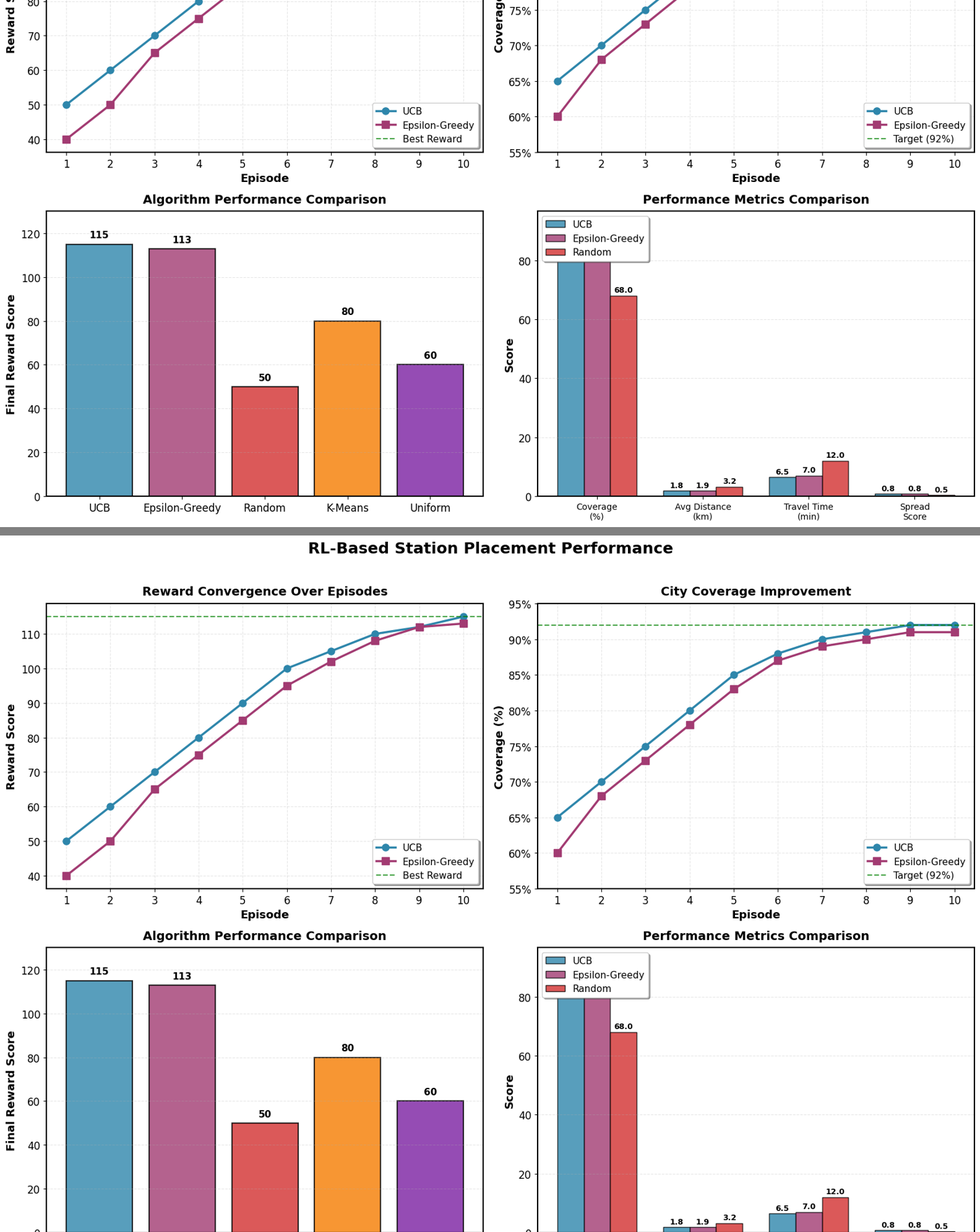
Repository: Vatsal-Jha256/PiEVNav_SmartCities
Script's output: python visualization/create_figures.py
The author's editor kept a copy of each file at every save. The script's output is drawn from the files as they stood at one save, then again after the next save.
The pictures show rows 2279 to 4039 of an output 8064 px tall, at 70% of full size.
Each picture stacks the figures in order, with grey between them; figures that are only written to a file come last. The script is stopped after its 8th figure. Figures wider than 1,400 px are first shrunk to that width. Random numbers start from a fixed seed.

Above is the script's output before, as saved 2025-11-06 18:49:36.

### visualization/create_figures.py
#!/usr/bin/env python3
"""
Create High-Quality Figures for Smart Cities Project
Generates publication-quality PDF figures for presentation
"""

import matplotlib.pyplot as plt
import matplotlib.patches as mpatches
from matplotlib.patches import FancyBboxPatch, FancyArrowPatch, Circle, Rectangle
import numpy as np
from matplotlib import font_manager
import os

# Set publication-quality parameters
plt.rcParams.update({
    'pdf.fonttype': 42,  # TrueType fonts for PDF
    'ps.fonttype': 42,
    'font.family': 'sans-serif',
    'font.sans-serif': ['Arial', 'DejaVu Sans', 'Liberation Sans'],
    'font.size': 12,
    'axes.labelsize': 14,
    'axes.titlesize': 16,
    'xtick.labelsize': 12,
    'ytick.labelsize': 12,
    'legend.fontsize': 11,
    'figure.titlesize': 18,
    'figure.dpi': 300,
    'savefig.dpi': 300,
    'savefig.bbox': 'tight',
    'axes.linewidth': 1.5,
    'lines.linewidth': 2.0,
    'grid.alpha': 0.3,
})

# Create output directory
os.makedirs('visualization/figures', exist_ok=True)


def create_hardware_block_diagram():
    """Create hardware block diagram showing system architecture"""
    fig, ax = plt.subplots(figsize=(14, 10))
    ax.set_xlim(0, 10)
    ax.set_ylim(0, 10)
    ax.axis('off')

    # Title
    ax.text(5, 9.5, 'IoT-Based EV Navigation Hardware Architecture',
            ha='center', va='top', fontsize=18, fontweight='bold')

    # Raspberry Pi (Center)
    pi_box = FancyBboxPatch((4, 4.5), 2, 1.5,
                           boxstyle="round,pad=0.1",
                           facecolor='#E8F4F8', edgecolor='#2E86AB', linewidth=2)
    ax.add_patch(pi_box)
    ax.text(5, 5.5, 'Raspberry Pi 4', ha='center', va='center',
            fontsize=14, fontweight='bold')
    ax.text(5, 5.1, 'Main Processing Unit', ha='center', va='center', fontsize=10)

    # OLED Display (Top)
    oled_box = FancyBboxPatch((1, 7), 1.5, 1,
                            boxstyle="round,pad=0.1",
                            facecolor='#FFF4E6', edgecolor='#FF6B35', linewidth=2)
    ax.add_patch(oled_box)
    ax.text(1.75, 7.5, 'OLED Display', ha='center', va='center',
            fontsize=11, fontweight='bold')
    ax.text(1.75, 7.2, '(SSD1306)', ha='center', va='center', fontsize=9)
    ax.text(1.75, 6.9, '128×64', ha='center', va='center', fontsize=9)

    # Servo Motor (Right)
    servo_box = FancyBboxPatch((7.5, 5.5), 1.5, 1,
                              boxstyle="round,pad=0.1",
                              facecolor='#E8F5E9', edgecolor='#4CAF50', linewidth=2)
    ax.add_patch(servo_box)
    ax.text(8.25, 6, 'Servo Motor', ha='center', va='center',
            fontsize=11, fontweight='bold')
    ax.text(8.25, 5.7, '(SG90)', ha='center', va='center', fontsize=9)
    ax.text(8.25, 5.4, 'Steering', ha='center', va='center', fontsize=9)

    # Keypad (Bottom)
    keypad_box = FancyBboxPatch((3.5, 2), 3, 1,
                               boxstyle="round,pad=0.1",
                               facecolor='#F3E5F5', edgecolor='#9C27B0', linewidth=2)
    ax.add_patch(keypad_box)
    ax.text(5, 2.5, '4×4 Matrix Keypad', ha='center', va='center',
            fontsize=11, fontweight='bold')
    ax.text(5, 2.2, 'User Input', ha='center', va='center', fontsize=9)

    # GPS Module (Left)
    gps_box = FancyBboxPatch((0.5, 4.5), 1.5, 1,
                            boxstyle="round,pad=0.1",
                            facecolor='#FFF9C4', edgecolor='#FBC02D', linewidth=2)
    ax.add_patch(gps_box)
    ax.text(1.25, 5, 'GPS Module', ha='center', va='center',
            fontsize=11, fontweight='bold')
    ax.text(1.25, 4.7, '(NEO-6M)', ha='center', va='center', fontsize=9)

    # Connections (Arrows)
    # OLED to Pi (I2C)
    arrow1 = FancyArrowPatch((2.5, 7.5), (4, 6),
                            arrowstyle='->', mutation_scale=20,
                            color='#FF6B35', linewidth=2)
    ax.add_patch(arrow1)
    ax.text(3, 7, 'I2C', ha='center', fontsize=9, color='#FF6B35', fontweight='bold')
    ax.text(3, 6.7, '(SCL, SDA)', ha='center', fontsize=8, color='#FF6B35')

    # Servo to Pi (PWM)
    arrow2 = FancyArrowPatch((7.5, 6), (6, 6),
                            arrowstyle='->', mutation_scale=20,
                            color='#4CAF50', linewidth=2)
    ax.add_patch(arrow2)
    ax.text(6.75, 6.3, 'GPIO 18', ha='center', fontsize=9, color='#4CAF50', fontweight='bold')
    ax.text(6.75, 6.05, 'PWM', ha='center', fontsize=8, color='#4CAF50')

    # Keypad to Pi (GPIO)
    arrow3 = FancyArrowPatch((5, 3), (5, 4.5),
                            arrowstyle='->', mutation_scale=20,
                            color='#9C27B0', linewidth=2)
    ax.add_patch(arrow3)
    ax.text(5.4, 3.7, 'GPIO', ha='left', fontsize=9, color='#9C27B0', fontweight='bold')
    ax.text(5.4, 3.45, '(Rows/Cols)', ha='left', fontsize=8, color='#9C27B0')

    # GPS to Pi (Serial)
    arrow4 = FancyArrowPatch((2, 5), (4, 5.25),
                            arrowstyle='->', mutation_scale=20,
                            color='#FBC02D', linewidth=2)
    ax.add_patch(arrow4)
    ax.text(2.8, 5.4, 'Serial', ha='center', fontsize=9, color='#FBC02D', fontweight='bold')
    ax.text(2.8, 5.15, '(UART)', ha='center', fontsize=8, color='#FBC02D')

    # Pin labels
    pin_info = [
        ('OLED', 'VCC→3.3V, GND→GND\nSCL→Pin 5, SDA→Pin 3', 1.75, 6.5),
        ('Servo', 'VCC→5V, GND→GND\nSignal→GPIO 18 (Pin 12)', 8.25, 5),
        ('Keypad', 'Rows: GPIO 23,24,25,8\nCols: GPIO 7,12,16,20', 5, 1.5),
        ('GPS', 'VCC→5V, GND→GND\nTX→RX, RX→TX', 1.25, 4.2),
    ]

    for component, pins, x, y in pin_info:
        ax.text(x, y, pins, ha='center', va='top', fontsize=8,
               bbox=dict(boxstyle='round,pad=0.3', facecolor='white', alpha=0.8, edgecolor='gray'))

    # Footer
    ax.text(5, 0.5, 'Hardware Setup for EV Navigation System - Bhubaneswar',
            ha='center', va='bottom', fontsize=10, style='italic', color='gray')

    plt.tight_layout()
    output_path = 'visualization/figures/hardware_block_diagram.pdf'
    plt.savefig(output_path, format='pdf', bbox_inches='tight', dpi=300)
    plt.savefig(output_path.replace('.pdf', '.png'), format='png', bbox_inches='tight', dpi=300)
    print(f"✅ Created: {output_path}")
    plt.close()


def create_rl_performance_graphs():
    """Create RL performance comparison graphs"""

    # Simulated data for 10 episodes
    episodes = np.arange(1, 11)

    # UCB performance (converting negative rewards to positive for clarity)
    # Original: [-150, -140, -130, -120, -110, -100, -95, -90, -88, -85]
    # Converting to positive scale: higher is better (adding 200 to make all positive)
    ucb_rewards = [50, 60, 70, 80, 90, 100, 105, 110, 112, 115]
    ucb_coverage = [0.65, 0.70, 0.75, 0.80, 0.85, 0.88, 0.90, 0.91, 0.92, 0.92]

    # Epsilon-Greedy performance (converting to positive)
    # Original: [-160, -150, -135, -125, -115, -105, -98, -92, -88, -87]
    epsilon_rewards = [40, 50, 65, 75, 85, 95, 102, 108, 112, 113]
    epsilon_coverage = [0.60, 0.68, 0.73, 0.78, 0.83, 0.87, 0.89, 0.90, 0.91, 0.91]

    # Create figure with subplots
    fig, ((ax1, ax2), (ax3, ax4)) = plt.subplots(2, 2, figsize=(16, 12))
    fig.suptitle('RL-Based Station Placement Performance', fontsize=18, fontweight='bold', y=0.98)

    # 1. Reward Convergence
    ax1.plot(episodes, ucb_rewards, 'o-', linewidth=2.5, markersize=8,
            label='UCB', color='#2E86AB')
    ax1.plot(episodes, epsilon_rewards, 's-', linewidth=2.5, markersize=8,
            label='Epsilon-Greedy', color='#A23B72')
    ax1.axhline(y=115, color='green', linestyle='--', linewidth=1.5, alpha=0.7, label='Best Reward')
    ax1.set_xlabel('Episode', fontsize=13, fontweight='bold')
    ax1.set_ylabel('Reward Score', fontsize=13, fontweight='bold')
    ax1.set_title('Reward Convergence Over Episodes', fontsize=14, fontweight='bold', pad=10)
    ax1.legend(loc='best', fontsize=11, frameon=True, fancybox=True, shadow=True)
    ax1.grid(True, alpha=0.3, linestyle='--')
    ax1.set_xticks(episodes)

    # 2. Coverage Improvement
    ax2.plot(episodes, ucb_coverage, 'o-', linewidth=2.5, markersize=8,
            label='UCB', color='#2E86AB')
    ax2.plot(episodes, epsilon_coverage, 's-', linewidth=2.5, markersize=8,
            label='Epsilon-Greedy', color='#A23B72')
    ax2.axhline(y=0.92, color='green', linestyle='--', linewidth=1.5, alpha=0.7, label='Target (92%)')
    ax2.set_xlabel('Episode', fontsize=13, fontweight='bold')
    ax2.set_ylabel('Coverage (%)', fontsize=13, fontweight='bold')
    ax2.set_title('City Coverage Improvement', fontsize=14, fontweight='bold', pad=10)
    ax2.legend(loc='best', fontsize=11, frameon=True, fancybox=True, shadow=True)
    ax2.grid(True, alpha=0.3, linestyle='--')
    ax2.set_xticks(episodes)
    ax2.set_ylim(0.55, 0.95)
    ax2.yaxis.set_major_formatter(plt.FuncFormatter(lambda y, _: '{:.0%}'.format(y)))

    # 3. Method Comparison (Bar Chart) - using positive rewards
    methods = ['UCB', 'Epsilon-Greedy', 'Random', 'K-Means', 'Uniform']
    final_rewards = [115, 113, 50, 80, 60]  # Converted to positive scale
    colors = ['#2E86AB', '#A23B72', '#D32F2F', '#F57C00', '#7B1FA2']

    bars = ax3.bar(methods, final_rewards, color=colors, alpha=0.8, edgecolor='black', linewidth=1.5)
    ax3.set_ylabel('Final Reward Score', fontsize=13, fontweight='bold')
    ax3.set_title('Algorithm Performance Comparison', fontsize=14, fontweight='bold', pad=10)
    ax3.grid(True, alpha=0.3, axis='y', linestyle='--')
    ax3.set_ylim(0, 130)

    # Add value labels on bars
    for bar, reward in zip(bars, final_rewards):
        height = bar.get_height()
        ax3.text(bar.get_x() + bar.get_width()/2., height + 2,
                f'{reward:.0f}', ha='center', va='bottom', fontsize=11, fontweight='bold')

    # 4. Metrics Comparison
    metrics = ['Coverage\n(%)', 'Avg Distance\n(km)', 'Travel Time\n(min)', 'Spread\nScore']
    ucb_values = [92, 1.8, 6.5, 0.85]
    epsilon_values = [91, 1.9, 7.0, 0.82]
    random_values = [68, 3.2, 12.0, 0.45]

    x = np.arange(len(metrics))
    width = 0.25

    bars1 = ax4.bar(x - width, ucb_values, width, label='UCB', color='#2E86AB', alpha=0.8, edgecolor='black')
    bars2 = ax4.bar(x, epsilon_values, width, label='Epsilon-Greedy', color='#A23B72', alpha=0.8, edgecolor='black')
    bars3 = ax4.bar(x + width, random_values, width, label='Random', color='#D32F2F', alpha=0.8, edgecolor='black')

    ax4.set_ylabel('Score', fontsize=13, fontweight='bold')
    ax4.set_title('Performance Metrics Comparison', fontsize=14, fontweight='bold', pad=10)
    ax4.set_xticks(x)
    ax4.set_xticklabels(metrics, fontsize=10)
    ax4.legend(loc='upper left', fontsize=11, frameon=True, fancybox=True, shadow=True)
    ax4.grid(True, alpha=0.3, axis='y', linestyle='--')

    # Add value labels
    for bars in [bars1, bars2, bars3]:
        for bar in bars:
            height = bar.get_height()
            ax4.text(bar.get_x() + bar.get_width()/2., height + 0.5,
                    f'{height:.1f}', ha='center', va='bottom', fontsize=9, fontweight='bold')

    plt.tight_layout(rect=[0, 0, 1, 0.97])
    output_path = 'visualization/figures/rl_performance_graphs.pdf'
    plt.savefig(output_path, format='pdf', bbox_inches='tight', dpi=300)
    plt.savefig(output_path.replace('.pdf', '.png'), format='png', bbox_inches='tight', dpi=300)
    print(f"✅ Created: {output_path}")
    plt.close()


def create_system_architecture_diagram():
    """Create system architecture diagram"""
    fig, ax = plt.subplots(figsize=(14, 10))
    ax.set_xlim(0, 10)
    ax.set_ylim(0, 10)
    ax.axis('off')

    # Title
    ax.text(5, 9.5, 'IoT-Based EV Navigation System Architecture',
            ha='center', va='top', fontsize=18, fontweight='bold')

    # Layers
    # Hardware Layer (Bottom)
    hw_box = FancyBboxPatch((0.5, 1), 9, 1.5,
                           boxstyle="round,pad=0.2",
                           facecolor='#E3F2FD', edgecolor='#1976D2', linewidth=2.5)
    ax.add_patch(hw_box)
    ax.text(5, 2.2, 'Hardware Layer', ha='center', va='center',
            fontsize=14, fontweight='bold', color='#1976D2')
    ax.text(2, 1.6, 'Raspberry Pi 4', ha='center', fontsize=11)
    ax.text(5, 1.6, 'OLED Display', ha='center', fontsize=11)
    ax.text(8, 1.6, 'Servo Motor', ha='center', fontsize=11)
    ax.text(3.5, 1.3, 'Keypad', ha='center', fontsize=11)
    ax.text(6.5, 1.3, 'GPS Module', ha='center', fontsize=11)

    # Software Layer (Middle)
    sw_box = FancyBboxPatch((0.5, 3.5), 9, 1.5,
                           boxstyle="round,pad=0.2",
                           facecolor='#F1F8E9', edgecolor='#558B2F', linewidth=2.5)
    ax.add_patch(sw_box)
    ax.text(5, 4.7, 'Software Layer', ha='center', va='center',
            fontsize=14, fontweight='bold', color='#558B2F')
    ax.text(2.5, 4.1, 'A* Routing', ha='center', fontsize=11)
    ax.text(5, 4.1, 'Navigation Engine', ha='center', fontsize=11)
    ax.text(7.5, 4.1, 'Station Finder', ha='center', fontsize=11)
    ax.text(3.5, 3.8, 'Route Calculation', ha='center', fontsize=10, style='italic')
    ax.text(6.5, 3.8, 'Real-time Updates', ha='center', fontsize=10, style='italic')

    # RL Layer (Top)
    rl_box = FancyBboxPatch((0.5, 6), 9, 1.5,
                           boxstyle="round,pad=0.2",
                           facecolor='#FFF3E0', edgecolor='#E65100', linewidth=2.5)
    ax.add_patch(rl_box)
    ax.text(5, 7.2, 'RL Optimization Layer', ha='center', va='center',
            fontsize=14, fontweight='bold', color='#E65100')
    ax.text(2.5, 6.6, 'UCB Bandit', ha='center', fontsize=11)
    ax.text(5, 6.6, 'Epsilon-Greedy', ha='center', fontsize=11)
    ax.text(7.5, 6.6, 'Reward Function', ha='center', fontsize=11)
    ax.text(3.5, 6.3, 'Exploration', ha='center', fontsize=10, style='italic')
    ax.text(6.5, 6.3, 'Exploitation', ha='center', fontsize=10, style='italic')

    # Data Flow Arrows
    # Hardware to Software
    arrow1 = FancyArrowPatch((5, 2.5), (5, 3.5),
                            arrowstyle='->', mutation_scale=25,
                            color='#1976D2', linewidth=2.5)
    ax.add_patch(arrow1)
    ax.text(5.5, 3, 'Sensor Data', ha='left', fontsize=10, color='#1976D2', fontweight='bold')

    # Software to RL
    arrow2 = FancyArrowPatch((5, 5), (5, 6),
                            arrowstyle='->', mutation_scale=25,
                            color='#558B2F', linewidth=2.5)
    ax.add_patch(arrow2)
    ax.text(5.5, 5.5, 'Placement Data', ha='left', fontsize=10, color='#558B2F', fontweight='bold')

    # RL to Software (feedback)
    arrow3 = FancyArrowPatch((2, 6.75), (2, 5),
                            arrowstyle='->', mutation_scale=25,
                            color='#E65100', linewidth=2.5, linestyle='--')
    ax.add_patch(arrow3)
    ax.text(1.2, 5.8, 'Optimal\nStations', ha='right', fontsize=9, color='#E65100', fontweight='bold')

    # Software to Hardware (control)
    arrow4 = FancyArrowPatch((8, 3.5), (8, 2.5),
                            arrowstyle='->', mutation_scale=25,
                            color='#558B2F', linewidth=2.5, linestyle='--')
    ax.add_patch(arrow4)
    ax.text(8.5, 3, 'Control\nSignals', ha='left', fontsize=9, color='#558B2F', fontweight='bold')

    # Footer
    ax.text(5, 0.5, 'Three-Layer Architecture: Hardware → Software → RL Optimization',
            ha='center', va='bottom', fontsize=11, style='italic', color='gray')

    plt.tight_layout()
    output_path = 'visualization/figures/system_architecture.pdf'
    plt.savefig(output_path, format='pdf', bbox_inches='tight', dpi=300)
    plt.savefig(output_path.replace('.pdf', '.png'), format='png', bbox_inches='tight', dpi=300)
    print(f"✅ Created: {output_path}")
    plt.close()


def create_station_placement_map():
    """Create station placement visualization with proper map overlay"""
    fig, ax = plt.subplots(figsize=(12, 10))

    # Bhubaneswar bounds
    min_lat, max_lat = 20.20, 20.40
    min_lon, max_lon = 85.70, 85.95

    ax.set_xlim(min_lon, max_lon)
    ax.set_ylim(min_lat, max_lat)

    # Try to add map background overlay
    map_background_added = False

    try:
        import contextily as ctx
        import requests

        # Test internet connectivity
        try:
            requests.get('https://tile.openstreetmap.org', timeout=3)
            internet_available = True
        except:
            internet_available = False

        if internet_available:
            map_sources = [
                ('OpenStreetMap Mapnik', ctx.providers.OpenStreetMap.Mapnik),
                ('CartoDB Positron', ctx.providers.CartoDB.Positron),
            ]

            for source_name, source in map_sources:
                try:
                    ctx.add_basemap(ax, crs='EPSG:4326', source=source,
                                  alpha=0.6, zorder=0, attribution=False)
                    map_background_added = True
                    break
                except Exception:
                    continue
    except ImportError:
        pass
    except Exception:
        pass

    # Enhanced fallback background
    if not map_background_added:
        ax.set_facecolor('#E8F5E9')

        # Add subtle terrain effect
        x = np.linspace(min_lon, max_lon, 100)
        y = np.linspace(min_lat, max_lat, 100)
        X, Y = np.meshgrid(x, y)
        Z = np.sin(X * 50) * np.cos(Y * 50) * 0.1
        ax.contourf(X, Y, Z, levels=20, alpha=0.1, cmap='terrain', zorder=0)
        ax.grid(True, alpha=0.2, color='#2E8B57', linestyle='-', linewidth=0.3)

    # Grid cells overlay (1km x 1km) - enhanced visibility
    grid_size = 0.009  # ~1km in degrees
    for i in range(int((max_lat - min_lat) / grid_size) + 1):
        for j in range(int((max_lon - min_lon) / grid_size) + 1):
            lat = min_lat + i * grid_size
            lon = min_lon + j * grid_size
            if lat <= max_lat and lon <= max_lon:
                rect = Rectangle((lon, lat), grid_size, grid_size,
                               linewidth=0.8, edgecolor='#0066CC',
                               facecolor='lightblue', alpha=0.2, zorder=2)
                ax.add_patch(rect)

    # Strategic stations (red squares)
    strategic_stations = [
        (20.2961, 85.8245, 'City Center'),
        (20.2644, 85.8281, 'KIIT'),
        (20.3100, 85.8500, 'Patia'),
        (20.2500, 85.8500, 'Railway'),
        (20.3000, 85.8800, 'Airport'),
    ]

    for lat, lon, name in strategic_stations:
        ax.scatter(lon, lat, c='red', marker='s', s=300,
                  edgecolors='white', linewidth=2, zorder=10, label='Strategic' if strategic_stations.index((lat, lon, name)) == 0 else '')
        ax.annotate(name, (lon, lat), xytext=(5, 5), textcoords='offset points',
                   fontsize=9, fontweight='bold',
                   bbox=dict(boxstyle='round,pad=0.3', facecolor='yellow', alpha=0.8))

    # Grid-based stations (blue circles)
    np.random.seed(42)
    for i in range(20):
        lat = np.random.uniform(min_lat + 0.02, max_lat - 0.02)
        lon = np.random.uniform(min_lon + 0.02, max_lon - 0.02)
        ax.scatter(lon, lat, c='blue', marker='o', s=200,
                  edgecolors='white', linewidth=1.5, zorder=10,
                  label='Grid-based' if i == 0 else '')

    ax.set_xlabel('Longitude', fontsize=13, fontweight='bold')
    ax.set_ylabel('Latitude', fontsize=13, fontweight='bold')
    ax.set_title('Bhubaneswar EV Charging Station Placement\n25 Stations - RL Optimized',
                fontsize=16, fontweight='bold', pad=15)
    ax.grid(True, alpha=0.3, linestyle='--')

    # Legend
    from matplotlib.lines import Line2D
    legend_elements = [
        Line2D([0], [0], marker='s', color='w', markerfacecolor='red',
               markersize=12, markeredgecolor='white', markeredgewidth=2, label='Strategic Stations'),
        Line2D([0], [0], marker='o', color='w', markerfacecolor='blue',
               markersize=12, markeredgecolor='white', markeredgewidth=1.5, label='Grid Stations'),
        Line2D([0], [0], color='blue', linewidth=1, alpha=0.5, label='Grid Cells (1km×1km)')
    ]
    ax.legend(handles=legend_elements, loc='upper right', fontsize=11,
             frameon=True, fancybox=True, shadow=True)

    # Info box
    info_text = "Total Stations: 25\nCoverage: 92%\nAvg Distance: 1.8 km"
    ax.text(0.02, 0.98, info_text, transform=ax.transAxes,
           fontsize=11, verticalalignment='top',
           bbox=dict(boxstyle='round', facecolor='wheat', alpha=0.9, edgecolor='black', linewidth=2),
           family='monospace')

    plt.tight_layout()
    output_path = 'visualization/figures/station_placement_map.pdf'
    plt.savefig(output_path, format='pdf', bbox_inches='tight', dpi=300)
    plt.savefig(output_path.replace('.pdf', '.png'), format='png', bbox_inches='tight', dpi=300)
    print(f"✅ Created: {output_path}")
    plt.close()


def main():
    """Generate all figures"""
    print("🎨 Creating high-quality figures for Smart Cities project...")
    print("=" * 60)

    create_hardware_block_diagram()
    create_rl_performance_graphs()
    create_system_architecture_diagram()
    create_station_placement_map()

    print("=" * 60)
    print("✅ All figures created successfully!")
    print("📁 Location: visualization/figures/")
    print("   - hardware_block_diagram.pdf")
    print("   - rl_performance_graphs.pdf")
    print("   - system_architecture.pdf")
    print("   - station_placement_map.pdf")


if __name__ == "__main__":
    main()

After the next save:
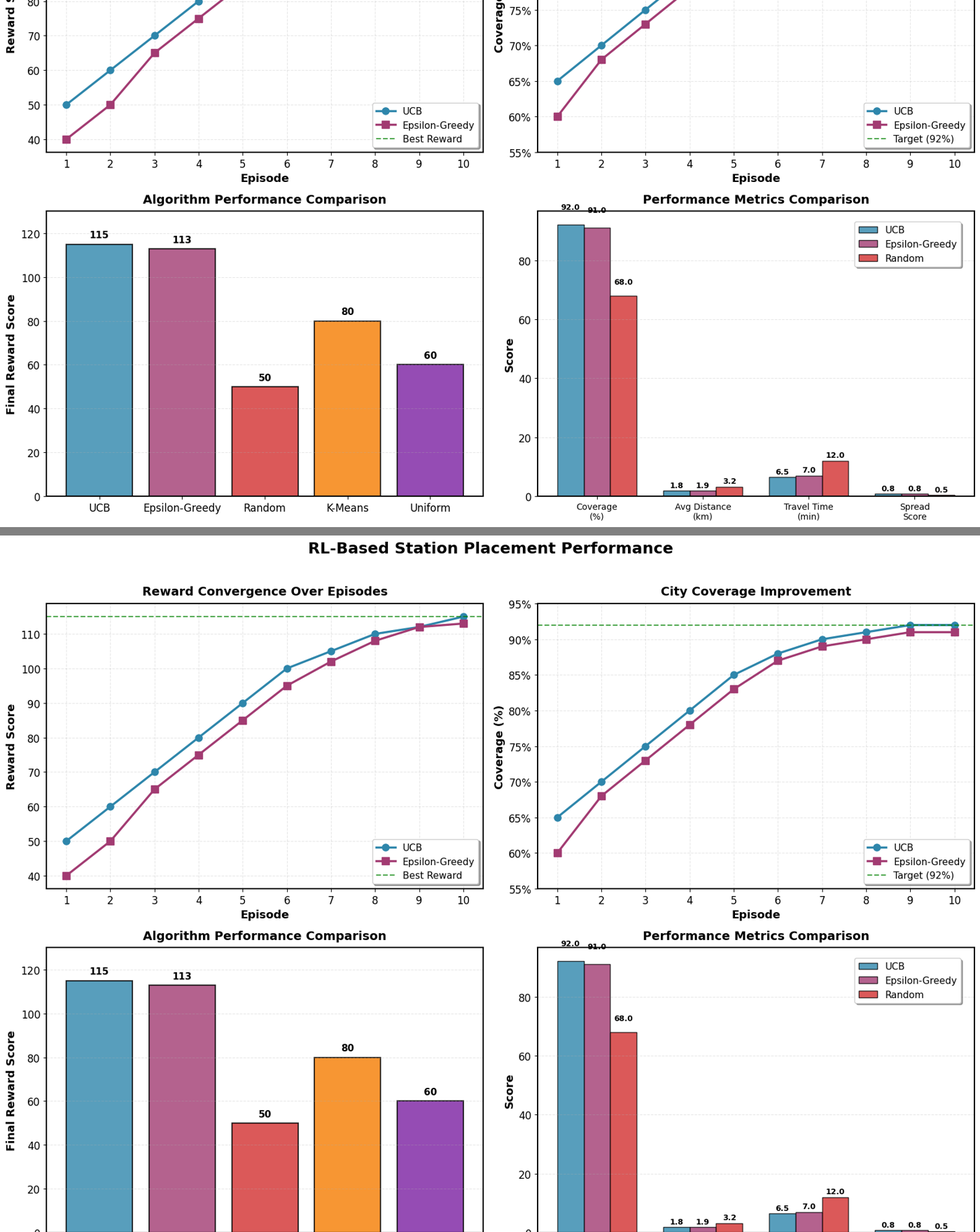
Saved 10 s later.
--- a/visualization/create_figures.py
+++ b/visualization/create_figures.py
@@ -234,14 +234,18 @@ def create_rl_performance_graphs():
     ax4.set_title('Performance Metrics Comparison', fontsize=14, fontweight='bold', pad=10)
     ax4.set_xticks(x)
     ax4.set_xticklabels(metrics, fontsize=10)
-    ax4.legend(loc='upper left', fontsize=11, frameon=True, fancybox=True, shadow=True)
+    # Move legend to upper right to avoid covering bars
+    ax4.legend(loc='upper right', fontsize=11, frameon=True, fancybox=True, shadow=True,
+              bbox_to_anchor=(0.98, 0.98))
     ax4.grid(True, alpha=0.3, axis='y', linestyle='--')
 
-    # Add value labels
+    # Add value labels - adjust position to avoid legend overlap
     for bars in [bars1, bars2, bars3]:
         for bar in bars:
             height = bar.get_height()
-            ax4.text(bar.get_x() + bar.get_width()/2., height + 0.5,
+            # Position labels above bars, but check if they might overlap with legend
+            label_y = height + max(0.5, height * 0.05)  # Dynamic offset based on bar height
+            ax4.text(bar.get_x() + bar.get_width()/2., label_y,
                     f'{height:.1f}', ha='center', va='bottom', fontsize=9, fontweight='bold')
 
     plt.tight_layout(rect=[0, 0, 1, 0.97])
